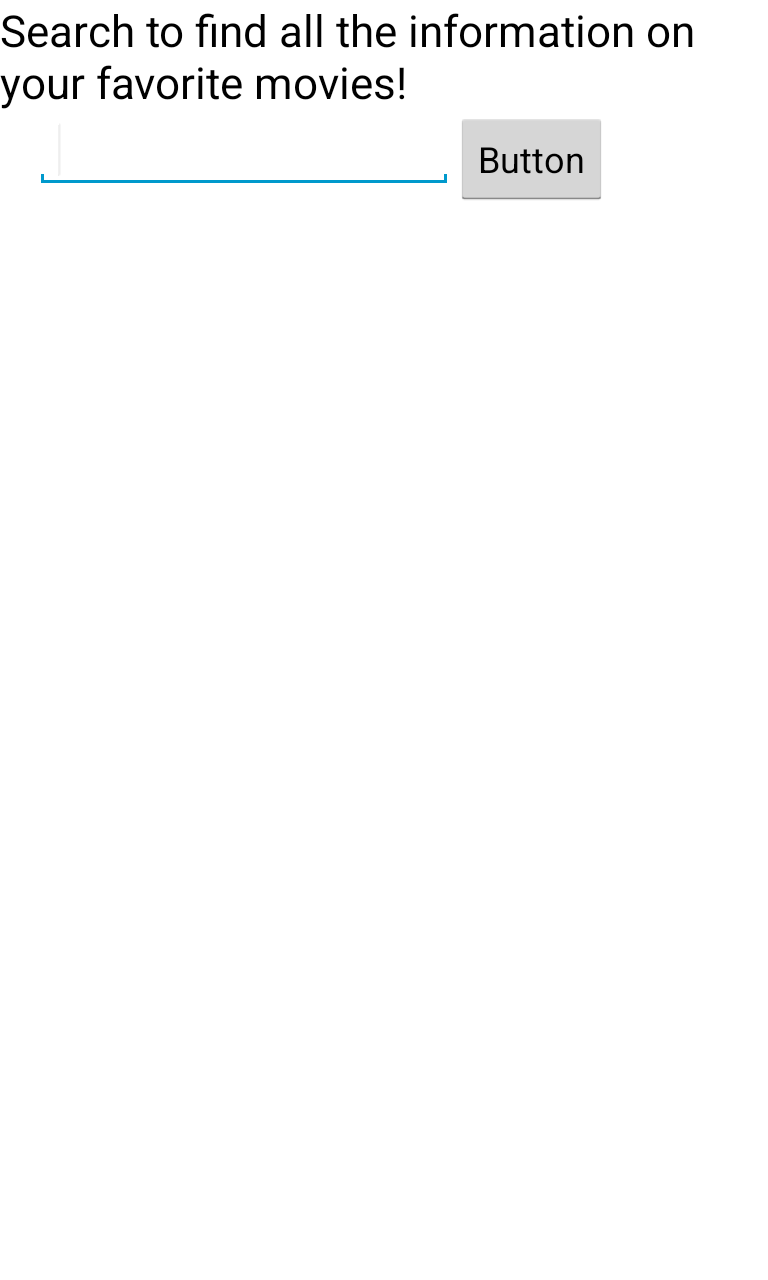
Repository: laurenelder/Java2_Elder
Layout: MovieLookup/res/layout/activity_main.xml
The author's editor kept a copy of each file at every save. The layout is drawn from the files as they stood at one save, then again after the next save.
It is drawn on a 768 x 1280 px phone screen (xhdpi) without system bars, with theme AppTheme; the app's code is not run. Lists and similar views that code fills are empty.

Above is the layout before, as saved 2014-07-09 23:24:04.

### MovieLookup/res/layout/activity_main.xml
<LinearLayout xmlns:android="http://schemas.android.com/apk/res/android"
    xmlns:tools="http://schemas.android.com/tools"
    android:id="@+id/container"
    android:layout_width="match_parent"
    android:layout_height="match_parent"
    android:orientation="vertical"
    tools:context="com.laurenelder.movielookup.MainActivity"
    tools:ignore="MergeRootFrame" >

    <TextView
        android:id="@+id/textView1"
        android:layout_width="wrap_content"
        android:layout_height="wrap_content"
        android:text="@string/title_text"
        android:textAppearance="?android:attr/textAppearanceLarge"
        android:layout_gravity="center" />

    <RelativeLayout
        android:layout_width="match_parent"
        android:layout_height="wrap_content" >

        <EditText
            android:id="@+id/editText1"
            android:layout_width="wrap_content"
            android:layout_height="wrap_content"
            android:layout_alignParentLeft="true"
            android:layout_alignParentTop="true"
            android:layout_marginLeft="17dp"
            android:ems="10" >

            <requestFocus />
        </EditText>

        <Button
            android:id="@+id/button1"
            android:layout_width="wrap_content"
            android:layout_height="wrap_content"
            android:layout_alignParentTop="true"
            android:layout_toRightOf="@+id/editText1"
            android:text="Button" />

    </RelativeLayout>

    <ListView
        android:id="@+id/listView1"
        android:layout_width="match_parent"
        android:layout_height="wrap_content" >
    </ListView>

</LinearLayout>

### MovieLookup/res/values/strings.xml
<?xml version="1.0" encoding="utf-8"?>
<resources>

    <string name="app_name">Movie Lookup</string>
    <string name="hello_world">Hello world!</string>
    <string name="action_settings">Settings</string>
    <string name="title_text">Search to find all the information on your favorite movies!</string>

</resources>

Loaded but not shown: MovieLookup/res/values/styles.xml (common file); MovieLookup/res/values-v11/styles.xml (common file); MovieLookup/res/values-v14/styles.xml (common file)

After the next save:
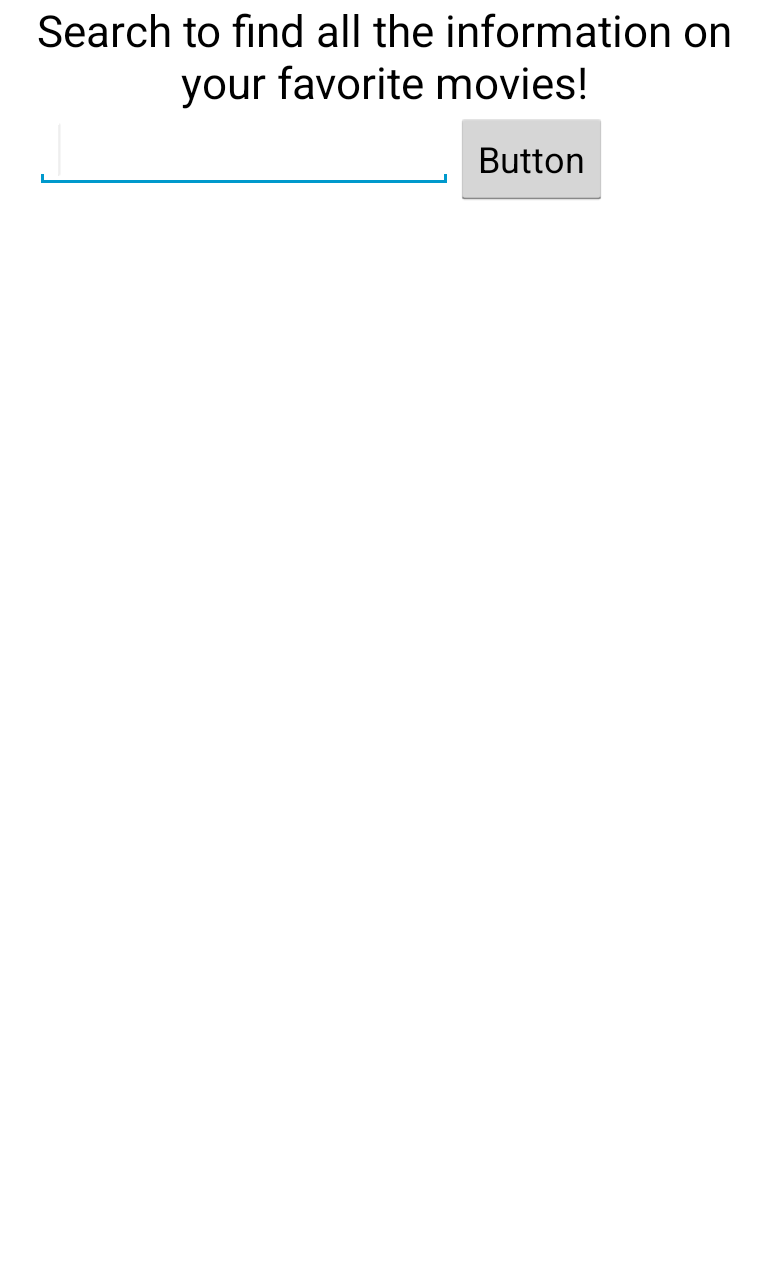
Saved 21 s later.
--- a/MovieLookup/res/layout/activity_main.xml
+++ b/MovieLookup/res/layout/activity_main.xml
@@ -13,7 +13,8 @@
         android:layout_height="wrap_content"
         android:text="@string/title_text"
         android:textAppearance="?android:attr/textAppearanceLarge"
-        android:layout_gravity="center" />
+        android:layout_gravity="center"
+        android:gravity="center" />
 
     <RelativeLayout
         android:layout_width="match_parent"
